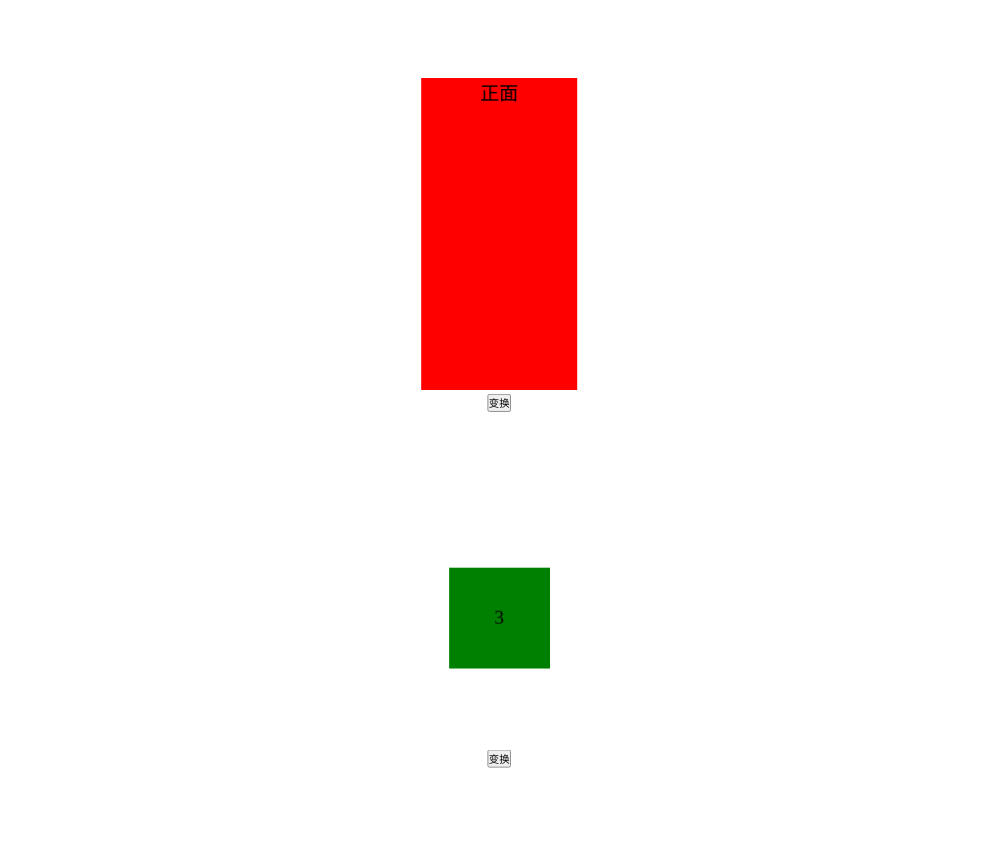
Repository: fengjinlovewei/beautiful
Page: /
These files come from the project's save history. The page is drawn as it stood at one moment and after the next save; the edit follows.
The browser window is 1280 px wide. The pictures show the whole page, at 78% of full size.
The project was rebuilt for these pictures with package versions that can differ from the ones it lists, and the page was loaded fresh each time.

Above is the page before, as saved 2021-02-21 11:46:20.

### src/index.css
* {
  margin: 0;
  padding: 0;
}
html {
  font-size: 20px;
}
.d1 {
  width: 200px;
  height: 400px;
  background-color: red;
}
.d2 {
  width: 200px;
  height: 400px;
  background-color: blue;
}

### src/App.tsx
import React, { useState } from 'react';
import Reverse from './components/reverse';
import Cube from './components/cube';
import './App.css';

function App() {
  const [move, setMove] = useState<boolean>(false);
  const [index, setIndex] = useState<number>(3);
  const btnReverse = () => {
    setMove((val) => !val);
  };
  const btnCube = () => {
    setIndex((val) => ++val);
  };
  const cubeMaps = Array(6)
    .fill(null)
    .map((item, i) => <div className={`cube cube-${i}`}>{i}</div>);
  const cubeSizeMaps = [10, 10, 10];
  return (
    <div className="App">
      <div className="App-header">
        {/* 翻牌子 */}
        <div className="type-item">
          <div>
            <Reverse
              front={<div className="d1">正面</div>}
              back={<div className="d2">背面</div>}
              move={move}
              speed={0.5}
            />
          </div>
          <div>
            <button onClick={btnReverse}>变换</button>
          </div>
        </div>
        {/* 立方体 */}
        <div className="type-item">
          <div>
            <Cube planeNode={cubeMaps} planeSize={cubeSizeMaps} index={index} unit="vw" />
          </div>
          <div style={{ marginTop: '100px' }}>
            <button onClick={btnCube}>变换</button>
          </div>
        </div>
      </div>
    </div>
  );
}

export default App;

### src/components/reverse/index.tsx
import React from 'react';
import Style from './index.module.scss';
/**
 * 建议正背面的元素宽高一致，如果不一致，将左右剧中，上下居下。
 */
interface ReverseProps {
  front: React.ReactElement;
  back: React.ReactElement;
  move: boolean;
  speed?: number;
}

const Reverse: React.FC<ReverseProps> = (props) => {
  const { front, back, move = false, speed = 1 } = props;
  return (
    <div className={`${Style['reverse-container']}`}>
      <div className={`${Style['reverse-container-info']} ${move ? Style['move'] : ''}`}>
        <div
          className={`${Style['reverse-item']} ${Style['front']}`}
          style={{ transitionDuration: speed + 's' }}
        >
          {front}
        </div>
        <div
          className={`${Style['reverse-item']} ${Style['back']}`}
          style={{ transitionDuration: speed + 's' }}
        >
          {back}
        </div>
      </div>
    </div>
  );
};

export default Reverse;

### src/components/cube/index.tsx
import React, { useRef, useEffect } from 'react';
import Style from './index.module.scss';
/**
 * 假设这个立方体在你的正前方，它一共有6个面
 * 正面的平面（对着你的面）的 index 为 0，
 * 右侧面的平面 index 为 1，
 * 后面的平面（也即是和正面平面相对的那个面） index 为 2
 * 左侧面的平面（也即是和右侧面相对的那个面） index 为 3
 * 下面的平面 index 为 4
 * 上面的平面（也就是下面相对的那个面） index 为 5
 */

/**
 * 根据立方体的特性可得
 * 0（前面）和 2（后面） 的宽高必须一致
 * 1（右面）和 3（左面） 的宽高必须一致
 * 4（下面）和 5（上面） 的宽高必须一致
 * 实际上，只要确定了正面（后者后面） 和 右侧（或者左侧）的宽高，就能确定整个立方体的尺寸
 * 再进一步可发现，其实只要确定三条边就能确定一个立方体，那就是 正面的宽(x) 正面的高(y) 右侧面的宽(z)
 * 所以 planeSize 的参数，只需要传入3个值[x, y, z]就能确定
 */
interface CubeProps {
  planeSize: number[];
  planeNode: React.ReactElement[];
  index: number;
  speed?: number;
  unit?: 'px' | 'rem' | 'vw' | 'vh';
}

interface dataStorageProps {
  lastIndex: number | null;
  lastMap: number[] | null;
}

interface logicProps {
  [x: string]: number[];
}

// x 轴 顺时针为正数，逆时针为负数
// y 轴 顺时针为负数，逆时针为正数
const originMaps: number[][] = [
  [0, 0],
  [0, -90],
  [0, -180],
  [0, 90],
  [90, 0],
  [-90, 0],
];
// x 轴 顺时针为正数，逆时针为负数
// y 轴 顺时针为负数，逆时针为正数
const logicMaps: logicProps = {
  '01': [0, -1],
  '02': [0, 2],
  '03': [0, 1],
  '04': [1, 0],
  '05': [-1, 0],

  '10': [0, 1],
  '12': [0, -1],
  '13': [0, 2],
  '14': [1, 0],
  '15': [-1, 0],

  '20': [0, 2],
  '21': [0, -1],
  '23': [0, 1],
  '24': [1, 0],
  '25': [-1, 0],

  '30': [0, -1],
  '31': [0, 2],
  '32': [0, 1],
  '34': [1, 0],
  '35': [-1, 0],

  '40': [0, 1],
  '41': [1, 0],
  '42': [0, -1],
  '43': [-1, 0],
  '45': [2, 0],

  '50': [1, 0],
  '51': [0, -1],
  '52': [-1, 0],
  '53': [0, 1],
  '54': [2, 0],
};
const transformValue = (arr: number[]) => {
  const [x = 0, y = 0] = arr;
  return `rotateX(${x}deg) rotateY(${y}deg)`;
};
const Cube: React.FC<CubeProps> = (props) => {
  const { speed = 1, index = 0, planeNode, planeSize, unit = 'px' } = props;
  const [sizeX, sizeY, sizeZ] = planeSize;
  const dataStorage = useRef<dataStorageProps>({ lastIndex: null, lastMap: null });
  // 缩放系数
  // 由于使用了 perspective ，使得子元素 translateZ 值 将影响此元素的缩放比例
  // 当 translateZ 的值为正值，代表此元素离你更近了，所以就变大了
  // 当 translateZ 的值为负值，代表此元素离你更远了，所以就变小了
  // getCoefficient 的作用就是把缩放的元素，还原至原始大小
  console.log(2222)
  const getCoefficient = (): number => {
    const size = {
      px() {
        return sizeZ;
      }, //0.902
      rem() {
        const HTML = document.getElementsByTagName('html')[0];
        const fontSize = window.getComputedStyle(HTML, null).getPropertyValue('font-size');
        return parseFloat(fontSize) * sizeZ;
      },
      vw() {
        return (window.innerWidth / 100) * sizeZ;
      },
      vh() {
        return (window.innerHeight / 100) * sizeZ;
      },
    }[unit]();
    return 1200 / (1200 + size / 2);
  };
  const List = [
    {
      style: {
        width: sizeX + unit,
        height: sizeY + unit,
        transform: `translateZ(${sizeZ / 2}${unit}) rotateX(0deg)`,
      },
    },
    {
      style: {
        width: sizeZ + unit,
        height: sizeY + unit,
        transform: `translate3d(${sizeX - sizeZ / 2}${unit}, 0, 0) rotateY(90deg) `,
      },
    },
    {
      style: {
        width: sizeX + unit,
        height: sizeY + unit,
        transform: `translateZ(${-sizeZ / 2}${unit}) rotateX(180deg)`,
      },
    },
    {
      style: {
        width: sizeZ + unit,
        height: sizeY + unit,
        transform: `translate3d(${-(sizeX - sizeZ / 2)}${unit}, 0, 0) rotateY(-90deg) `,
      },
    },
    {
      style: {
        width: sizeX + unit,
        height: sizeZ + unit,
        transform: `translate3d(0, ${sizeY - sizeZ / 2}${unit}, 0) rotateX(-90deg)`,
      },
    },
    {
      style: {
        width: sizeX + unit,
        height: sizeZ + unit,
        transform: `translate3d(0, ${-(sizeY - sizeZ / 2)}${unit}, 0) rotateX(90deg)`,
      },
    },
  ];
  const getTransform = (): string => {
    console.log('进入函数');
    const i = index % 6;
    const { current } = dataStorage;
    const { lastIndex, lastMap } = current;

    // 如果是初始化， 直接返回上一个
    if (lastIndex === null) {
      // 记录上一个索引为当前
      current.lastIndex = i;
      // 记录上一个坐标信息为当前
      current.lastMap = originMaps[i];
      return transformValue(current.lastMap);
    }
    // 记录上一个索引为当前
    current.lastIndex = i;
    console.log( lastIndex, current.lastIndex);
    //if (i === lastIndex) return transform(lastMap || []);
    console.log(`${lastIndex}${i}`);
    const currentLogic: number[] = logicMaps[`${lastIndex}${i}`].map((item, s) => {
      const value = (lastMap || [0, 0])[s];
      console.log(value, item)
      return Math.random() * 100
     // return value + item * 90;
    });
    console.log(currentLogic);
    return transformValue(currentLogic);
  };
  return (
    <div
      className={`${Style['cube-container']}`}
      style={{ transform: `scale(${getCoefficient()})` }}
    >
      <div
        className={`${Style['cube-info']}`}
        style={{
          transform: getTransform(),
          transitionDuration: speed + 's',
          width: sizeX + unit,
          height: sizeY + unit,
        }}
      >
        {List.map((item, i) => {
          return (
            <div
              className={`${Style['cube-item']} ${Style['cube-item-' + i]}`}
              style={item.style}
              key={i}
            >
              <div className={`${Style['item-info']}`}>{planeNode[i] ? planeNode[i] : ''}</div>
            </div>
          );
        })}
      </div>
    </div>
  );
};

export default Cube;

### src/App.css
.App-header {
  min-height: 100vh;
  display: flex;
  flex-direction: column;
  align-items: center;
  justify-content: center;
  font-size: calc(10px + 2vmin);
  text-align: center;
}
.type-item {
  margin: 100px 0;
}
.cube {
  width: 100%;
  height: 100%;
  display: flex;
  justify-content: center;
  align-items: center;
}
.cube-0 {
  background-color: red;
}
.cube-1 {
  background-color: blue;
}
.cube-2 {
  background-color: yellow;
}
.cube-3 {
  background-color: green;
}
.cube-4 {
  background-color: pink;
}
.cube-5 {
  background-color: purple;
}

### src/components/reverse/index.module.scss
.reverse-container {
  display: flex;
  justify-content: center;
  align-items: center;
  .reverse-container-info {
    position: relative;
    display: flex;
    justify-content: center;
    align-items: center;
    perspective: 800px;
    .reverse-item {
      transition-duration: 1s;
      backface-visibility: hidden;
    }
    .front {
      visibility: visible;
      position: relative;
      transform: rotateY(0deg);
      z-index: 20;
    }
    .back {
      visibility: hidden;
      position: absolute;
      left: 0;
      right: 0;
      bottom: 0;
      margin: auto;
      transform: rotateY(180deg);
      z-index: 1;
    }
    &.move {
      .front {
        visibility: hidden;
        z-index: 20;
        transform: rotateY(-180deg);
      }
      .back {
        visibility: visible;
        z-index: 1;
        transform: rotateY(0deg);
      }
    }
  }
}

### src/components/cube/index.module.scss
.cube-container {
  width: 100%;
  height: 100%;
  perspective: 1200px;
  .cube-info {
    position: relative;
    transform-style: preserve-3d;
    transition-property: transform;
    .cube-item {
      display: flex;
      flex-direction: column;
      justify-content: center;
      position: absolute;
      backface-visibility: hidden;
      background-color: #fff;
    }
    .cube-item-0 {
      top: 0;
      left: 0;
    }
    .cube-item-1 {
      top: 0;
      left: 0;
    }
    .cube-item-2 {
      top: 0;
      left: 0;
    }
    .cube-item-3 {
      top: 0;
      right: 0;
    }
    .cube-item-4 {
      top: 0;
      left: 0;
    }
    .cube-item-5 {
      bottom: 0;
      left: 0;
    }
    .item-info {
      display: flex;
      flex-direction: column;
      align-items: center;
      width: 100%;
      height: 100%;
    }
  }
}

### src/components/demo/index.tsx
import React, { useRef, useEffect } from 'react';

interface DemoProps {
  text?: string;
}

const data = { value: 0 };
const Demo: React.FC<DemoProps> = (props) => {
  const { text } = props;
  const add = () => {
    data.value++;
  };
  const lock = () => {
    console.log(data);
  };
  return (
    <div>
      <p>{text}</p>
      <button onClick={add}>添加值</button>
      <button onClick={lock}>打印值</button>
    </div>
  );
};

export default Demo;

Loaded but not shown: public/index.html (common file); src/index.tsx (common file); src/reportWebVitals.ts (common file)

After the next save:
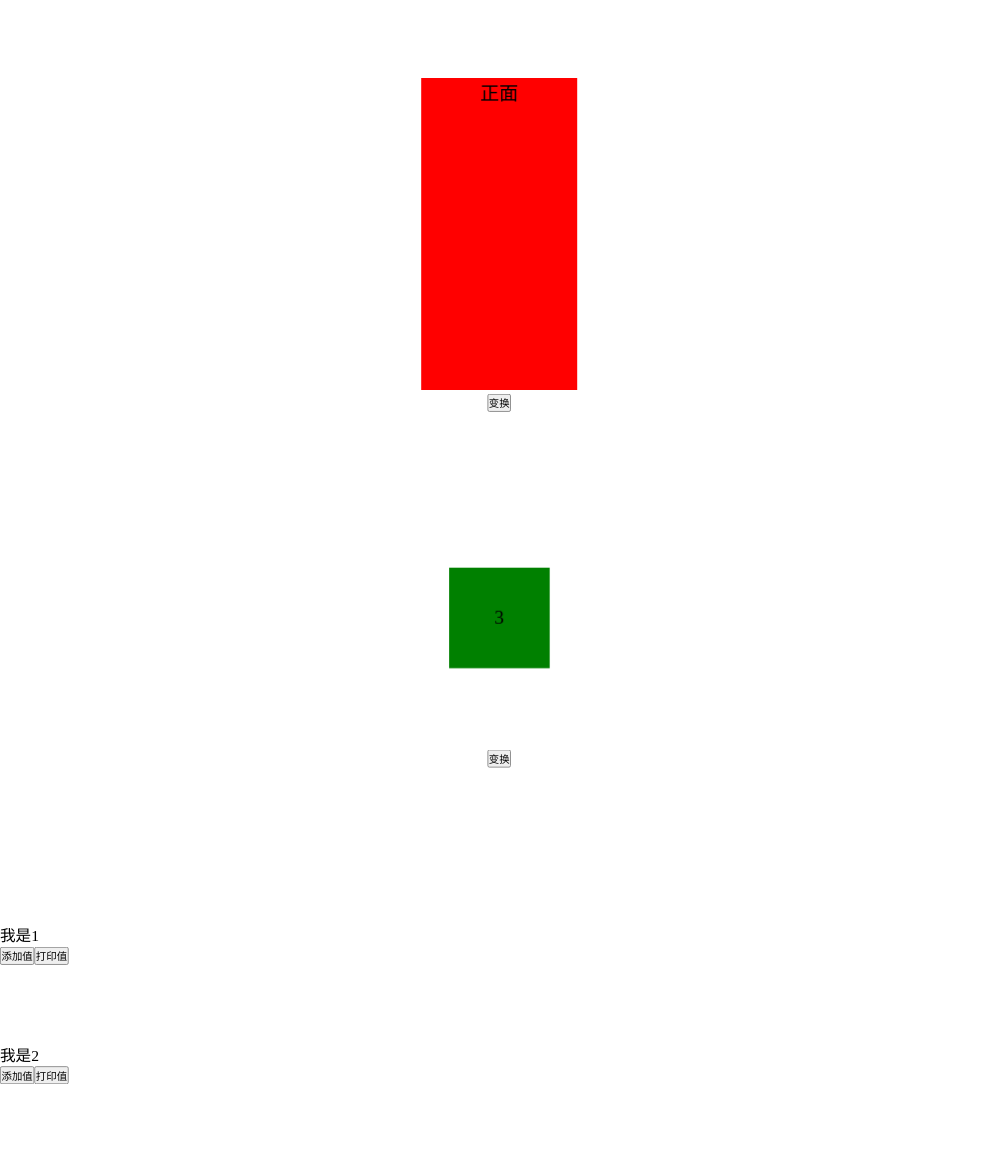
Saved 81 s later.
--- a/src/App.tsx
+++ b/src/App.tsx
@@ -1,6 +1,7 @@
 import React, { useState } from 'react';
 import Reverse from './components/reverse';
 import Cube from './components/cube';
+import Demo from './components/demo';
 import './App.css';
 
 function App() {
@@ -43,6 +44,12 @@ function App() {
           </div>
         </div>
       </div>
+      <div className="type-item">
+        <Demo text="我是1"></Demo>
+      </div>
+      <div className="type-item">
+        <Demo text="我是2"></Demo>
+      </div>
     </div>
   );
 }
